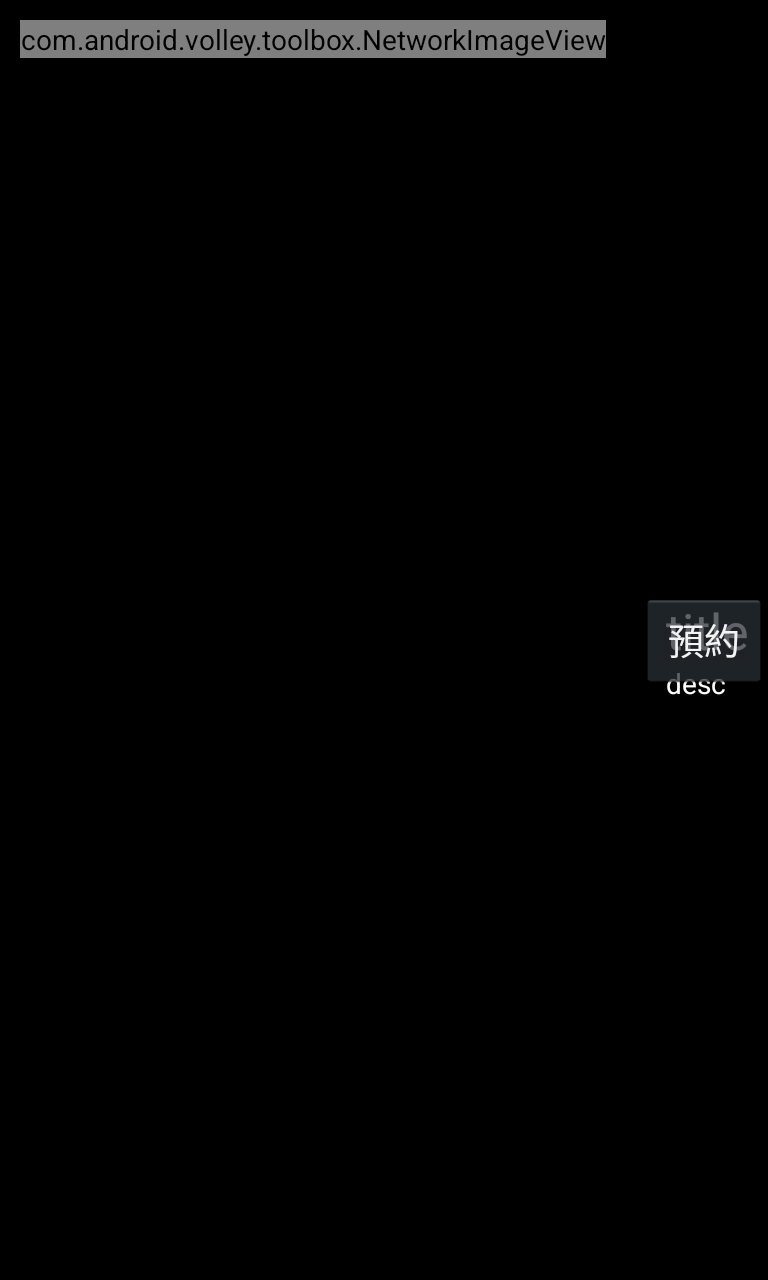
Repository: cnevinc/togather
Layout: GeorgeMe/res/layout/list_item_shop.xml
The author's editor kept a copy of each file at every save. The layout is drawn from the files as they stood at one save, then again after the next save.
Pictures or frames that could not be fetched are drawn as grey boxes. It is drawn on a 768 x 1280 px phone screen (xhdpi) without system bars, with theme android:Theme.Holo; the app's code is not run.

Above is the layout before, as saved 2014-07-26 18:32:01.

After the next save:
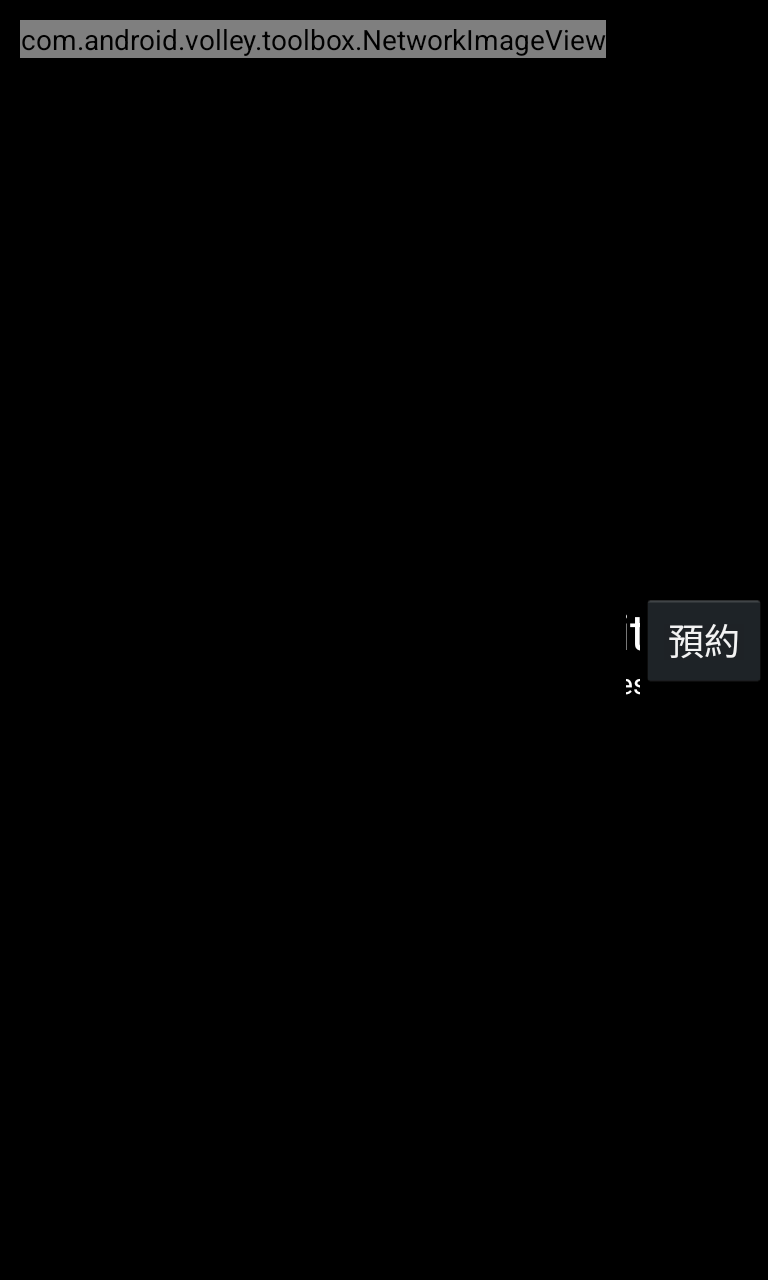
Saved 64 s later.
--- a/GeorgeMe/res/layout/list_item_shop.xml
+++ b/GeorgeMe/res/layout/list_item_shop.xml
@@ -56,8 +56,9 @@
             android:layout_width="wrap_content"
             android:layout_height="wrap_content"
             android:layout_centerInParent="true"
-            android:layout_marginLeft="20dp"
+            android:layout_marginLeft="10dp"
             android:layout_toRightOf="@+id/thumbail"
+            android:layout_toLeftOf="@+id/main_acgtion"
             android:gravity="center" >
 
             <!-- android:layout_alignParentTop="true" -->
